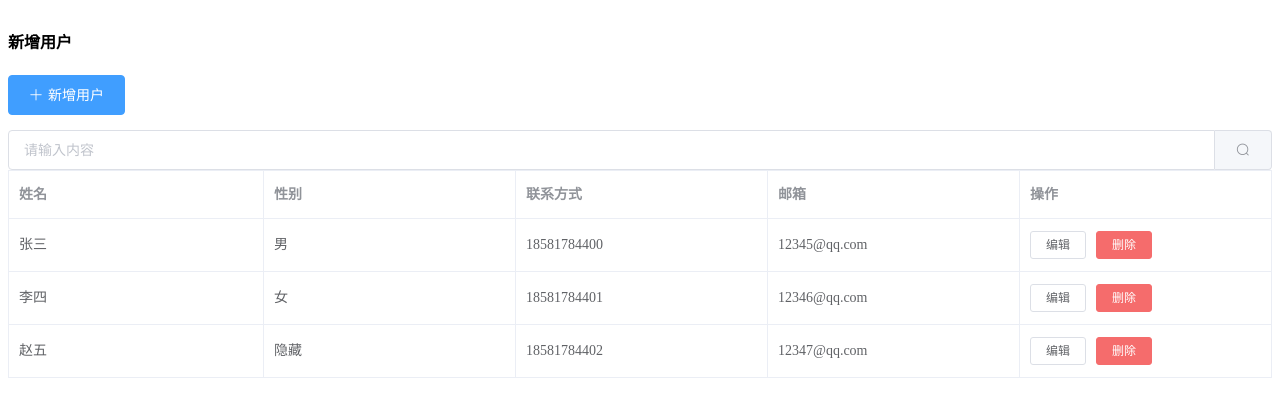
Repository: xinwuhao/New-user
Page: /
An editor plug-in stored every save of this project. The page is shown before and after a run of saves, followed by the edit.
The browser window is 1280 px wide. The pictures show the whole page.
The project was rebuilt for these pictures with package versions that can differ from the ones it lists, and the page was loaded fresh each time.

Above is the page before, as saved 2021-12-21 16:03:20.

### src/main.js
import Vue from 'vue'
import App from './App.vue'
import router from './router'
import store from './store'
import ElementUI from 'element-ui';
import 'element-ui/lib/theme-chalk/index.css';

Vue.use(ElementUI);
Vue.config.productionTip = false

new Vue({
  router,
  store,
  el: '#app',
  render: h => h(App)
}).$mount('#app')

### src/views/Home.vue
<template>
  <div class="container">
    <div class="content">
      <h4>新增用户</h4>
      <div>
        <el-button
          type="primary"
          icon="el-icon-plus"
          @click="dialogVisible = true"
          >新增用户</el-button
        >
        <div style="margin-top: 15px">
          <el-input placeholder="请输入内容" v-model="input">
            <el-button slot="append" icon="el-icon-search"></el-button>
          </el-input>
        </div>
      </div>
      <!-- 用户列表 -->
      <div>
        <el-table :data="list" border style="width: 100%">
          <el-table-column prop="name" label="姓名"> </el-table-column>
          <el-table-column prop="sex" label="性别"> </el-table-column>
          <el-table-column prop="contact" label="联系方式"> </el-table-column>
          <el-table-column prop="mailbox" label="邮箱"> </el-table-column>
          <el-table-column label="操作">
            <template slot-scope="scope">
              <el-button size="mini" @click="Edit(scope.$index, scope.row)"
                >编辑</el-button
              >
              <el-button
                size="mini"
                type="danger"
                @click="Delete(scope.$index, scope.row)"
                >删除</el-button
              >
            </template>
          </el-table-column>
        </el-table>
      </div>
      <!-- 新增内容弹出层 -->
      <el-dialog title="提示" :visible.sync="dialogVisible" width="30%">
        <el-form
          :model="ruleForm"
          :rules="rules"
          ref="ruleForm"
          label-width="100px"
          class="demo-ruleForm"
        >
          <el-form-item label="名称" prop="name">
            <el-input v-model="ruleForm.name"></el-input>
          </el-form-item>
          <el-form-item label="性别" prop="sex">
            <el-radio-group
              v-model="ruleForm.sex"
              v-for="(item, index) in sex"
              :key="index"
            >
              <el-radio :label="item" style="margin-right: 10px"></el-radio>
            </el-radio-group>
          </el-form-item>
          <el-form-item label="手机号码" prop="contact">
            <el-input v-model="ruleForm.contact"></el-input>
          </el-form-item>
          <el-form-item label="邮箱" prop="mailbox">
            <el-input v-model="ruleForm.mailbox"></el-input>
          </el-form-item>
          <el-form-item>
            <el-button type="primary" @click="submitForm('ruleForm')"
              >立即新增</el-button
            >
            <el-button @click="resetForm('ruleForm')">取消</el-button>
          </el-form-item>
        </el-form>
      </el-dialog>
    </div>
  </div>
</template>

<script>
//引入子组件

export default {
  name: "",
  props: {},
  data() {
    return {
      dialogVisible: false,
      input: "",
      list: [
        {
          name: "张三",
          sex: "男",
          contact: "18581784400",
          mailbox: "12345@qq.com",
        },
        {
          name: "李四",
          sex: "女",
          contact: "18581784401",
          mailbox: "12346@qq.com",
        },
        {
          name: "赵五",
          sex: "隐藏",
          contact: "18581784402",
          mailbox: "12347@qq.com",
        },
      ],
      sex: ["隐藏", "男", "女"],
      ruleForm: {
        name: "",
        sex: "",
        contact: "",
        mailbox: "",
      },
      rules: {
        name: [
          { required: true, message: "请输入用户名称", trigger: "blur" },
          { min: 1, max: 5, message: "长度在 1 到 5 个字符", trigger: "blur" },
        ],
        contact: [
          { required: true, message: "请输入手机号码", trigger: "blur" },
          { min: 11, max: 11, message: "输入的手机号码有误", trigger: "blur" },
          {
            pattern:
              /^(?:(?:\+|00)86)?1(?:(?:3[\d])|(?:4[5-79])|(?:5[0-35-9])|(?:6[5-7])|(?:7[0-8])|(?:8[\d])|(?:9[189]))\d{8}$/,
            message: "输入的手机号码有误",
            trigger: "blur",
          },
        ],
        mailbox: [
          { required: true, message: "请输入邮箱", trigger: "blur" },
          {
            pattern:
              /^(([^<>()[\]\\.,;:\s@"]+(\.[^<>()[\]\\.,;:\s@"]+)*)|(".+"))@((\[[0-9]{1,3}\.[0-9]{1,3}\.[0-9]{1,3}\.[0-9]{1,3}\])|(([a-zA-Z\-0-9]+\.)+[a-zA-Z]{2,}))$/,
            message: "输入的邮箱有误",
            trigger: "blur",
          },
        ],
        sex: [{ required: true, message: "性别", trigger: "change" }],
      },
    };
  },
  components: {},
  methods: {
    //表单创建按钮
    submitForm(formName) {
      this.$refs[formName].validate((valid) => {
        if (valid) {
          this.$message.success("新增成功");
          this.dialogVisible = false;
          this.list.unshift(this.ruleForm);
          console.log(this.list);
        } else {
          this.$message.error("您还有信息没有填写或者填写的信息有误");
          return false;
        }
      });
    },
    //表单取消按钮
    resetForm(formName) {
      this.$refs[formName].resetFields();
      this.dialogVisible = false;
    },
    //编辑
    Edit(index, row) {
      console.log(index, row);
    },
    //删除
    Delete(index, row) {
      console.log(index, row);
    },
  },
  mounted() {},
  computed: {},
  watch: {},
};
</script>

<style lang='scss' scoped>
.container {
  display: flex;
  justify-content: center;
}
.content {
  width: 1450px;
  /* 注意适配的宽度必须大于最小适配宽度 */
}
.flex {
  display: flex;
}
</style>

Loaded but not shown: public/index.html (common file); src/App.vue (common file); src/router/index.js (common file); src/store/index.js (common file)

After the next 5 saves:
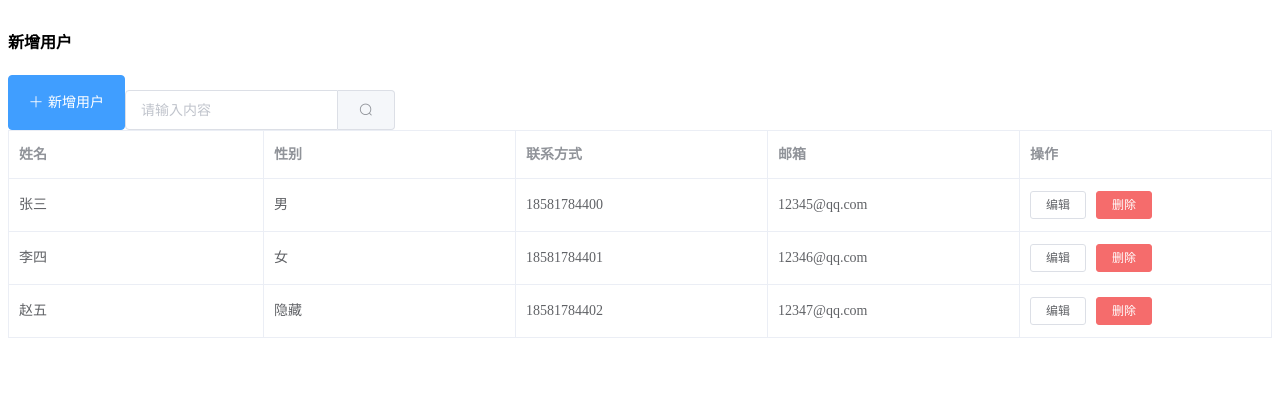
The 5 saves are shown as one change because they came seconds apart.
The last was saved 22 s later.
--- a/src/views/Home.vue
+++ b/src/views/Home.vue
@@ -2,7 +2,7 @@
   <div class="container">
     <div class="content">
       <h4>新增用户</h4>
-      <div>
+      <div class="flex">
         <el-button
           type="primary"
           icon="el-icon-plus"
